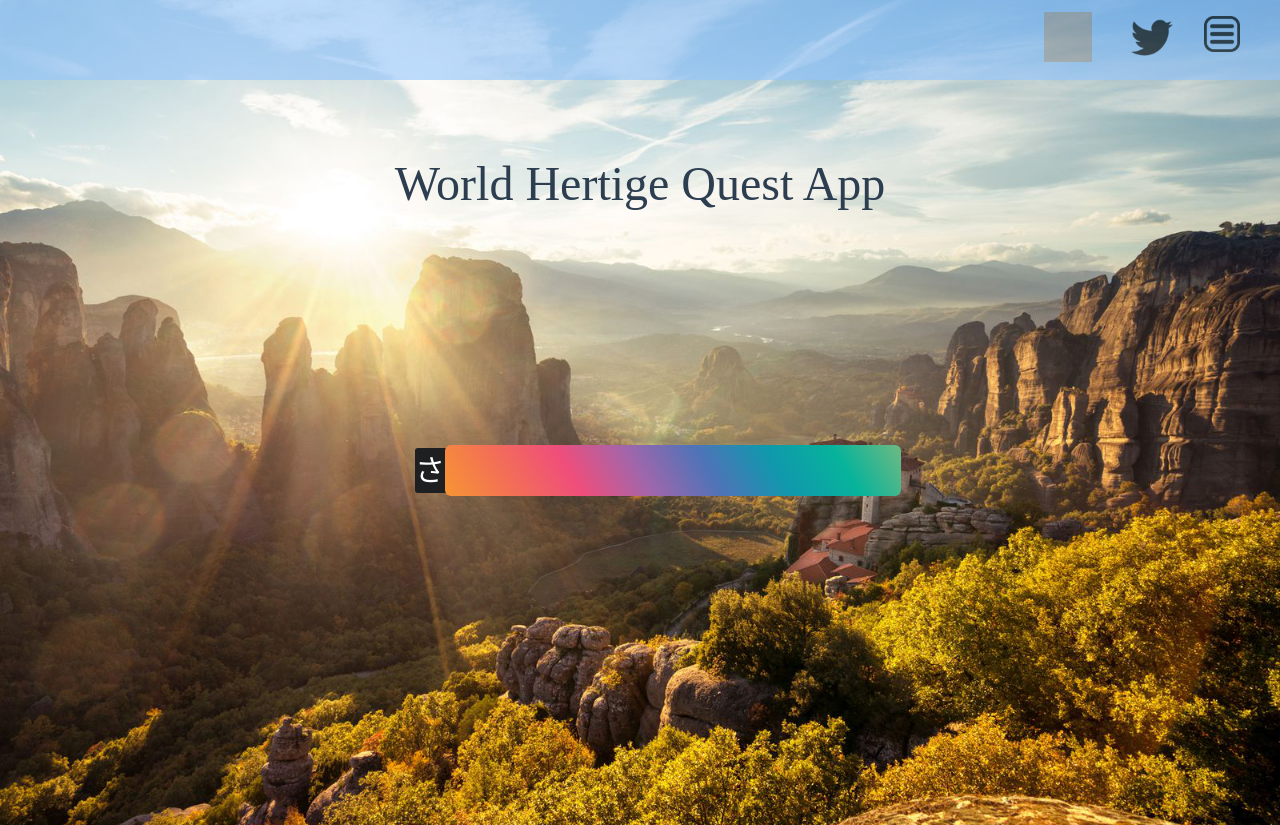
Repository: hashiz008/World-Heritage-Travel-App
Page: /
An editor plug-in stored every save of this project. The page is shown before and after the next save, followed by the edit.
The browser window is 1280 px wide. The pictures show the whole page.
Pictures or frames that could not be fetched are drawn as grey boxes. Some web fonts or font styles are not loaded; a fallback is used. The project was rebuilt for these pictures with package versions that can differ from the ones it lists, and the page was loaded fresh each time. Also part of the build but not shown: vue.config.js.

Above is the page before, as saved 2022-01-25 11:34:34.

### src/App.vue
<template>
    <div id="nav"></div>
    <router-view />
</template>

<style>
#app {
    font-family: Avenir, Helvetica, Arial, sans-serif;
    -webkit-font-smoothing: antialiased;
    -moz-osx-font-smoothing: grayscale;
    text-align: center;
    color: #2c3e50;
}

#nav {
    padding: 30px;
}

#nav a {
    font-weight: bold;
    color: #2c3e50;
}

#nav a.router-link-exact-active {
    color: #42b983;
}
</style>

### src/router/index.ts
import { createRouter, createWebHistory, RouteRecordRaw } from 'vue-router'
import TopPage from '../views/TopPage.vue'

const routes: Array<RouteRecordRaw> = [
  {
    path: '/',
    name: 'TopPage',
    component: TopPage
  },
  {
    path: '/mainPage',
    name: 'MainPage',
    // route level code-splitting
    // this generates a separate chunk (about.[hash].js) for this route
    // which is lazy-loaded when the route is visited.
    component: () => import(/* webpackChunkName: "about" */ '../views/MainPage.vue')
  }
]

const router = createRouter({
  history: createWebHistory(process.env.BASE_URL),
  routes
})

export default router

### src/views/TopPage.vue
<template>
    <div class="backImgDiv">
        <div class="backImg">
            <div class="menu bg-blue-300 opacity-60 pr-10 flex justify-end">
                <input id="nav-input" type="checkbox" class="input invisible" />
                <div
                    class="rounded-full hover:bg-blue-100 hover:opacity-80 w-14 h-14 mt-1 mr-7 pt-2 pl-2"
                >
                    <a href="https://github.com/hashiz008"
                        ><img
                            class="cursor-pointer githubIcon"
                            src="../img//githubIcon.png"
                            alt="githubIcon"
                    /></a>
                </div>
                <div
                    class="rounded-full hover:bg-blue-100 hover:opacity-80 w-14 h-14 mr-7 mt-1 pt-2 pl-2"
                >
                    <a href="https://twitter.com/hashiz008"
                        ><img
                            class="cursor-pointer twitterIcon"
                            src="../img//twitterIcon2.png"
                            alt="twitter"
                    /></a>
                </div>
                <label for="nav-input"
                    ><img
                        class="cursor-pointer mt-4 w-9 h-9"
                        src="../img/menuIcon.png"
                        alt="menuIcon"
                /></label>
                <div class="detail pt-10 text-white">
                    <h2 class="text-4xl">世界遺産探検アプリの紹介</h2>
                    <p class="pt-5 text-2xl">
                        このアプリは好きな数字を入力してshowボタンを押すと世界遺産の画像と名前、国名が表示されます。
                    </p>
                    <p class="pt-5 text-2xl">
                        また,それと連動してGoogleMapにピンポイントでその遺産がある場所にMarkerされます。そしてダウンロードボタンを押すと画像がダウンロードされます。
                    </p>
                    <ul class="pt-5">
                        <li class="text-2xl">ヨーロッパ編: 0~10</li>
                        <li class="text-2xl">アメリカ編: 11~20</li>
                        <li class="text-2xl">アジア編: 21~30</li>
                    </ul>
                    <p class="text-2xl pt-3">
                        いずれデータを追加する予定です。
                    </p>
                </div>
            </div>
            <div class="titleDiv flex justify-center pt-40">
                <h1 class="title text-5xl">World Hertige Quest App</h1>
            </div>
            <div class="startBtn startBtns flex justify-center">
                <!-- <router-link
                    class="shadow-2xl text-white hover:opacity-70 hover:border-blue-800 hover:bg-blue-600 rounded-full py-2 px-4 border-2 border-blue-500"
                    to="/mainPage"
                    >さあ、世界の旅の始まりですよ！</router-link
                > -->
                <router-link class="router shadow-2xl text-white" to="/mainPage"
                    >さあ、世界の旅の始まりですよ！</router-link
                >
            </div>
        </div>
    </div>
</template>

<script>
// @ is an alias to /src
export default {
    name: "Home",
};
</script>

<style scoped="lang">
@import url("https://fonts.googleapis.com/css2?family=M+PLUS+2:wght@700&family=Playfair+Display:wght@500&display=swap");
@import url("https://fonts.googleapis.com/css?family=Raleway:200");
.backImgDiv {
    margin-top: -60px;
}
.backImg {
    background-image: url("../assets/startPage.png");
    background-repeat: no-repeat;
    background-size: cover;
    background-position: center center;
    width: 100%;
    height: 825px;
}
.menu {
    position: fixed;
    width: 100%;
    height: 80px;
}
.detail {
    width: 100%;
    height: 100%;
    position: fixed;
    left: 0;
    margin-top: 80px;
    display: none;
    background-color: #112129;
    animation: detail 2s;
}
@keyframes detail {
    0% {
        transform-origin: bottom;
        transform: scaleY(0);
    }
}
#nav-input:hover ~ .detail {
    display: block;
}
#input:hover ~ .titleDiv {
    display: none;
}
.titleDiv {
    animation: title 2s;
}
@keyframes title {
    0% {
        transform: rotate(0deg);
    }
    100% {
        transform: rotate(360deg);
    }
}
.title {
    font-family: "Libre Baskerville", serif;
}
.githubIcon {
    width: 50px;
    height: 50px;
}
.twitterIcon {
    width: 50px;
    height: 50px;
}
.startBtn {
    font-size: 30px;
    margin-top: 15rem;
}
.router {
     --borderWidth: 3px;
     background: #1d1f20;
     position: relative;
     border-radius: var(--borderWidth);
}
.router:after {
    content: "";
    position: absolute;
    top: calc(-1 * var(--borderWidth));
    left: calc(10 * var(--borderWidth));
    height: calc(100% + var(--borderWidth) * 2);
    width: calc(100% + var(--borderWidth) * 2);
    background: linear-gradient(
        60deg,
        #f79533,
        #f37055,
        #ef4e7b,
        #a166ab,
        #5073b8,
        #1098ad,
        #07b39b,
        #6fba82
    );
    border-radius: calc(2 * var(--borderWidth));
    z-index: 1;
    animation: animatedgradient 3s ease alternate infinite;
    /* background-size: 300% 300%; */
}

@keyframes animatedgradient {
    0% {
        background-position: 0% 50%;
    }
    50% {
        background-position: 100% 50%;
    }
    100% {
        background-position: 0% 50%;
    }
}
</style>

Loaded but not shown: src/main.ts (common file); src/index.css (common file); tailwind.config.js (common file)

After the next save:
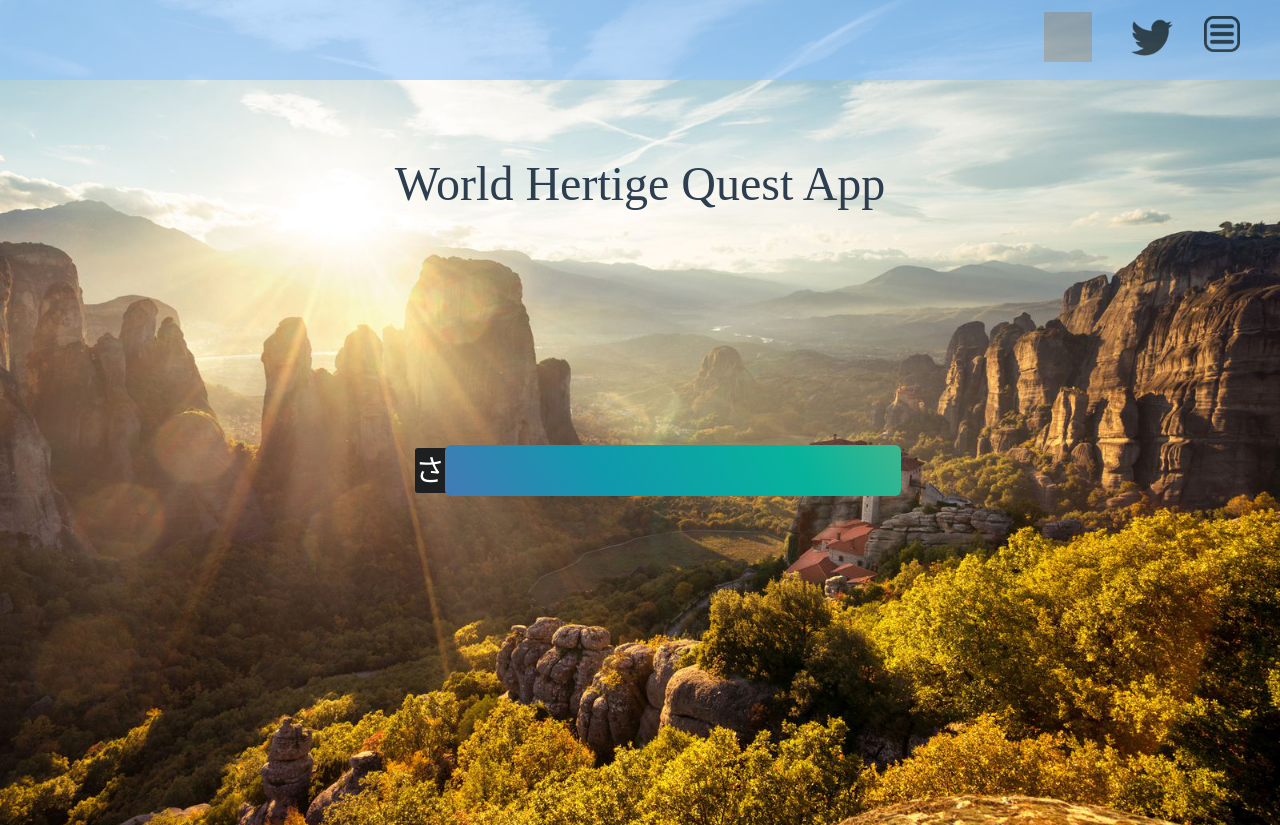
Saved 10 s later.
--- a/src/views/TopPage.vue
+++ b/src/views/TopPage.vue
@@ -165,7 +165,7 @@ export default {
     border-radius: calc(2 * var(--borderWidth));
     z-index: 1;
     animation: animatedgradient 3s ease alternate infinite;
-    /* background-size: 300% 300%; */
+    background-size: 300% 300%;
 }
 
 @keyframes animatedgradient {
